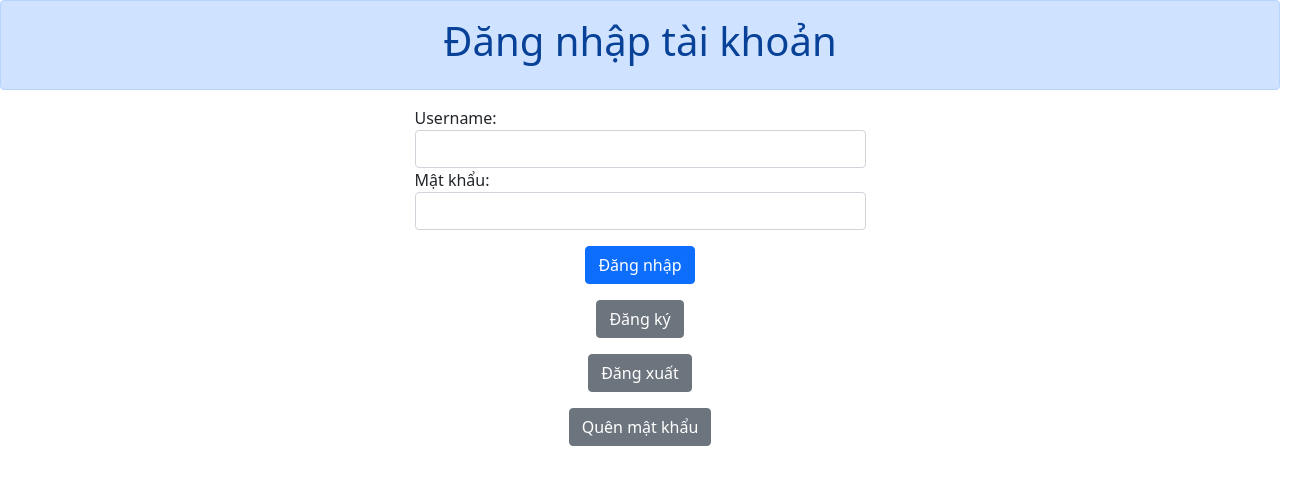
Repository: Carwyn1101/NguyenDinhHongPhuc_22133041
Page: http://localhost/LapTrinhWeb/views/login.jsp
An editor plug-in stored every save of this project. The page is shown before and after the next save, followed by the edit.
The browser window is 1280 px wide. The page is 1292 px wide, so the pictures cover 1292 px, including what lies to the right of the window. The pictures show the whole page.
The page is served by Tomcat 10. Nobody is signed in. The application's start-up code is not run. Other server files are loaded and not shown.

Above is the page before, as saved 2024-09-15 06:00:46.

### LapTrinhWeb/src/main/webapp/views/login.jsp
<%@ page language="java" contentType="text/html; charset=UTF-8"
	pageEncoding="UTF-8"%>
<%@ taglib prefix="c" uri="http://java.sun.com/jsp/jstl/core"%>
<!DOCTYPE html>
<html>
<head>
<meta charset="UTF-8">
<meta name="viewport" content="width=device-width, initial-scale=1">
<!-- Bootstrap CSS -->
<link
	href="https://cdn.jsdelivr.net/npm/bootstrap@5.0.2/dist/css/
bootstrap.min.css"
	rel="stylesheet">
<title>Đăng nhập tài khoản</title>
</head>
<body>
	<header class="row">
		<div class="col">
			<div class="alert alert-primary col" align="center">
				<h1>Đăng nhập tài khoản</h1>
			</div>
		</div>
	</header>
	<div class="container">
		<div class="row justify-content-center">
			<div class="col-12 col-md-5">
				<form action="login" method="post">
					<c:if test="${alert != null}">
						<label class="alert alert-danger">${alert}</label>
					</c:if>
					<div class="form-group">
						<label for="username">Username:</label> <input type="text"
							id="username" name="username" class="form-control" />
					</div>
					<div class="form-group">
						<label for="password">Mật khẩu: </label> <input type="password"
							id="password" name="password" class="form-control" />
					</div>
					<div class="form-group mt-3" align="center">
						<button type="submit" class="btn btn-primary">Đăng nhập</button>
					</div>
					<div class="form-group mt-3" align="center">
						<!-- Button chuyển hướng tới trang đăng ký -->
						<button type="button" class="btn btn-secondary"
							onclick="window.location.href='views/register.jsp'">Đăng
							ký</button>
					</div>
					<div class="form-group mt-3" align="center">
						<!-- Button logout -->
						<button type="button" class="btn btn-secondary">Đăng
							xuất</button>
					</div>
					<div class="form-group mt-3" align="center">
						<!-- Button chuyển hướng tới trang quên mật khẩu -->
						<button type="button" class="btn btn-secondary"
							onclick="window.location.href='views/forgetPassword.jsp'">Quên
							mật khẩu</button>
					</div>
				</form>
			</div>
		</div>
	</div>
</body>
</html>

After the next save:
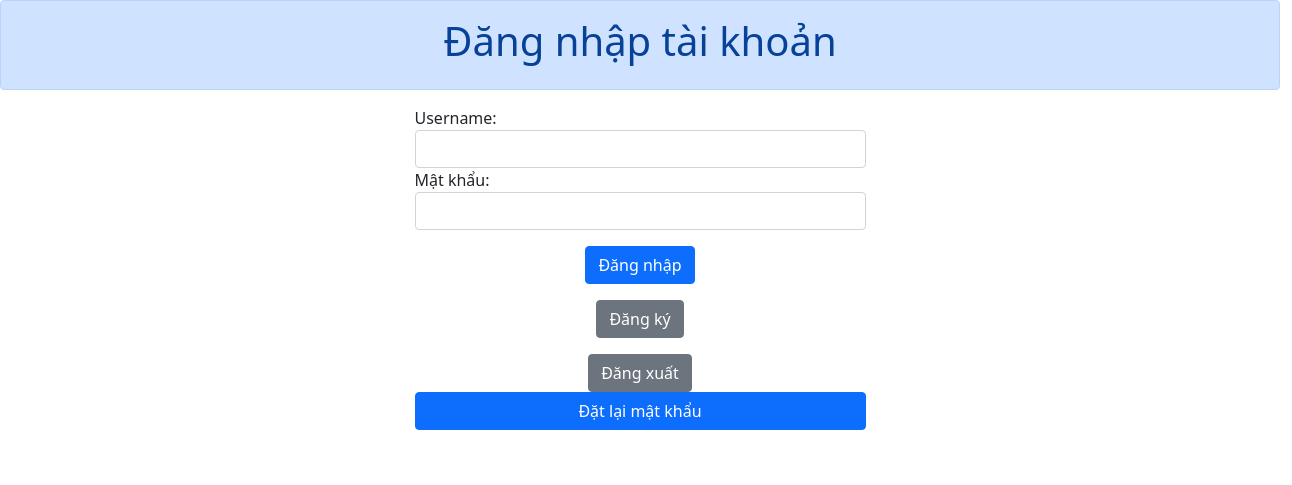
Saved 2 min 2 s later.
--- a/LapTrinhWeb/src/main/webapp/views/login.jsp
+++ b/LapTrinhWeb/src/main/webapp/views/login.jsp
@@ -1,6 +1,6 @@
 <%@ page language="java" contentType="text/html; charset=UTF-8"
 	pageEncoding="UTF-8"%>
-<%@ taglib prefix="c" uri="http://java.sun.com/jsp/jstl/core"%>
+<%@ taglib prefix="c" uri="http://java.sun.com/jsp/jstl/core" %>
 <!DOCTYPE html>
 <html>
 <head>
@@ -16,7 +16,7 @@ bootstrap.min.css"
 <body>
 	<header class="row">
 		<div class="col">
-			<div class="alert alert-primary col" align="center">
+			<div class="alert alert-primary col" align="center" >
 				<h1>Đăng nhập tài khoản</h1>
 			</div>
 		</div>
@@ -25,12 +25,12 @@ bootstrap.min.css"
 		<div class="row justify-content-center">
 			<div class="col-12 col-md-5">
 				<form action="login" method="post">
-					<c:if test="${alert != null}">
-						<label class="alert alert-danger">${alert}</label>
-					</c:if>
+							<c:if test="${alert != null}">
+								<label class="alert alert-danger">${alert}</label>
+							</c:if>
 					<div class="form-group">
-						<label for="username">Username:</label> <input type="text"
-							id="username" name="username" class="form-control" />
+						<label for="username">Username:</label> <input type="text" id="username"
+							name="username" class="form-control" />
 					</div>
 					<div class="form-group">
 						<label for="password">Mật khẩu: </label> <input type="password"
@@ -41,21 +41,15 @@ bootstrap.min.css"
 					</div>
 					<div class="form-group mt-3" align="center">
 						<!-- Button chuyển hướng tới trang đăng ký -->
-						<button type="button" class="btn btn-secondary"
-							onclick="window.location.href='views/register.jsp'">Đăng
-							ký</button>
+						<button type="button" class="btn btn-secondary" onclick="window.location.href='views/register.jsp'">Đăng ký</button>
 					</div>
 					<div class="form-group mt-3" align="center">
 						<!-- Button logout -->
-						<button type="button" class="btn btn-secondary">Đăng
-							xuất</button>
+						<button type="button" class="btn btn-secondary" >Đăng xuất</button>
 					</div>
-					<div class="form-group mt-3" align="center">
-						<!-- Button chuyển hướng tới trang quên mật khẩu -->
-						<button type="button" class="btn btn-secondary"
-							onclick="window.location.href='views/forgetPassword.jsp'">Quên
-							mật khẩu</button>
-					</div>
+					<div class="d-grid">
+                        <button type="submit" class="btn btn-primary">Đặt lại mật khẩu</button>
+                    </div>
 				</form>
 			</div>
 		</div>
